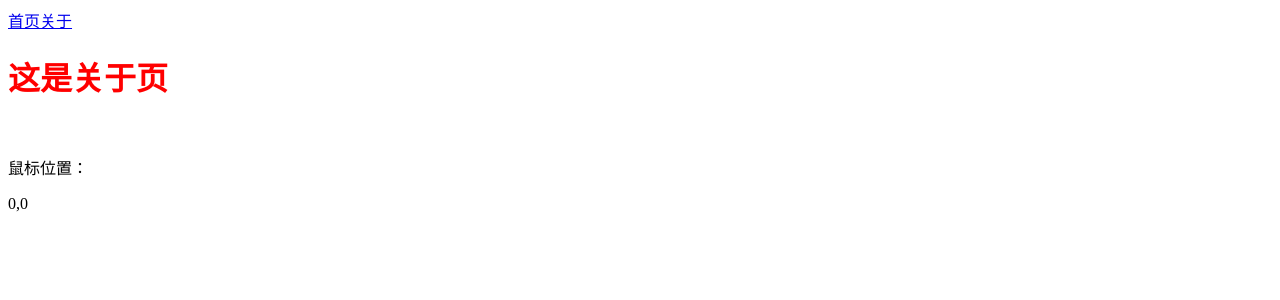
Repository: aiyoudiao/aiyou-vue3-example
Page: /#/about (app in example-01/)
The author's editor kept a copy of each file at every save. The page is drawn from the files as they stood at one save, then again after the next save.
The browser window is 1280 px wide. The pictures show the whole page.
The project was rebuilt for these pictures with package versions that can differ from the ones it lists, and the page was loaded fresh each time. Also part of the build but not shown: example-01/vite.config.js, example-01/src/pages/home.vue.

Above is the page before, as saved 2021-11-01 16:16:36.

After the next save:
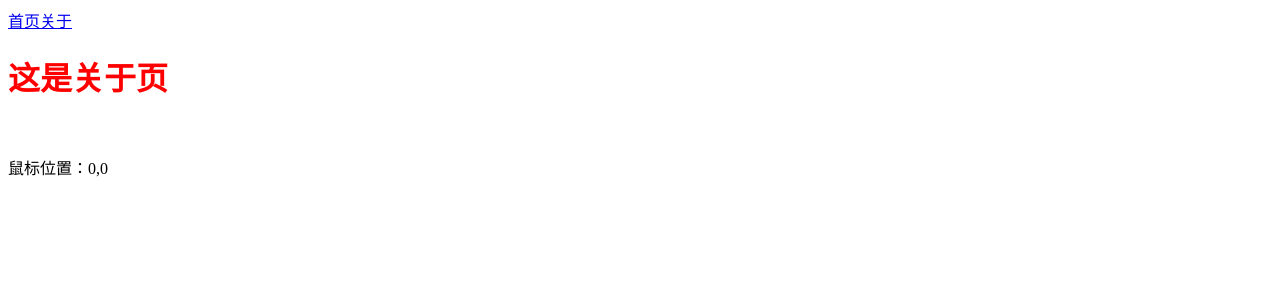
Saved 22 s later.
--- a/example-01/src/pages/about.vue
+++ b/example-01/src/pages/about.vue
@@ -1,8 +1,7 @@
 <template>
     <h1>这是关于页</h1>
     <br>
-    <p>鼠标位置：</p>
-    <p>{{x}},{{y}}</p>
+    <p>鼠标位置：{{x}},{{y}}</p>
 </template>
 
 <script setup>
